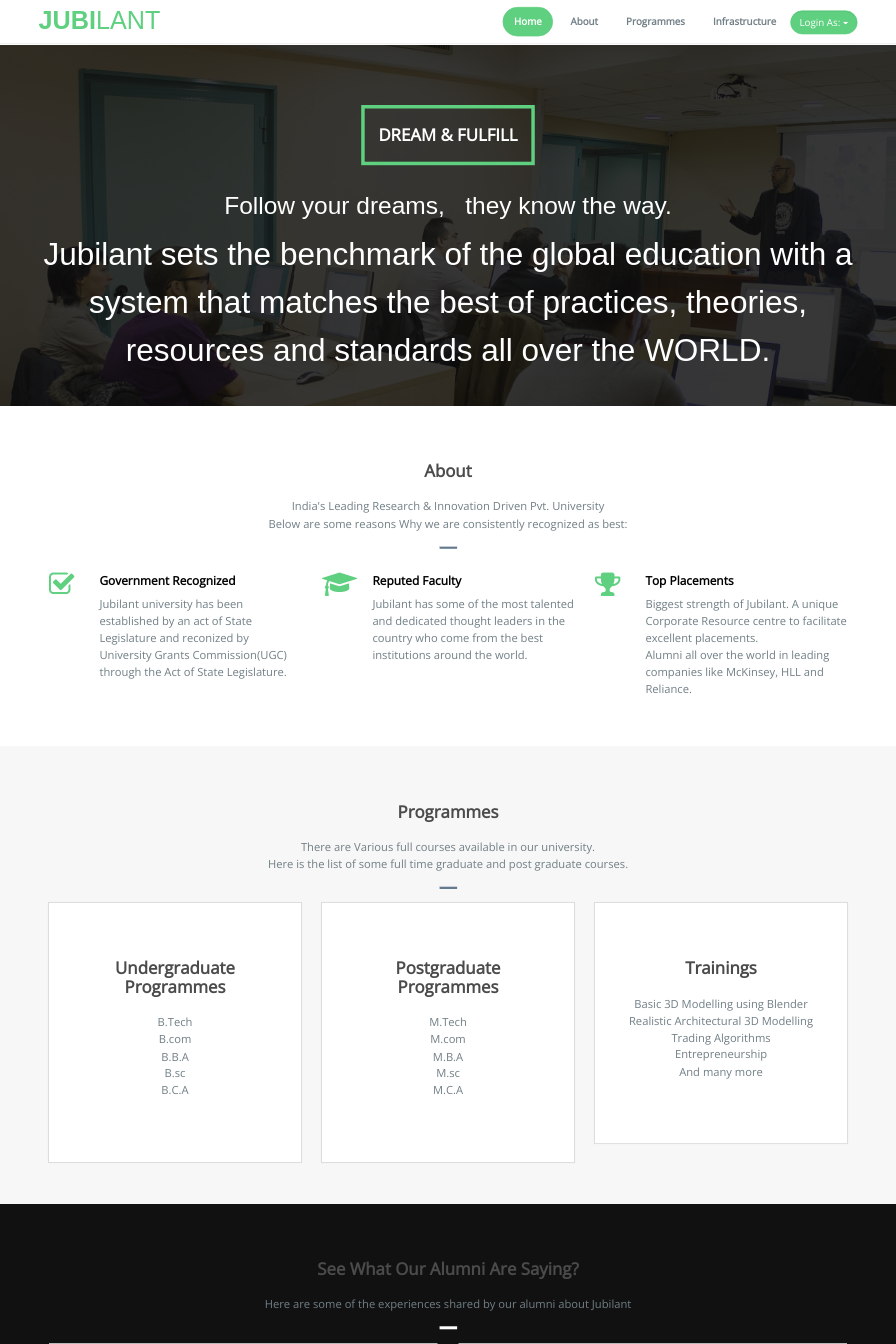
Repository: GauravC8/UMS
Page: http://localhost/login/WEB-INF/index.jsp
An editor plug-in stored every save of this project. The page is shown before and after the next save, followed by the edit.
The browser window is 1280 px wide. The pictures show the part of the page from y = 0 to 1920 px (the page is 3363 px tall), at 70% of full size.
Some web fonts or font styles are not loaded; a fallback is used. The page is served by Tomcat 9. Nobody is signed in. The template is opened directly, without the code that normally fills it, so the values that code supplies are empty.

Above is the page before, as saved 2019-04-08 10:55:20.

After the next save:
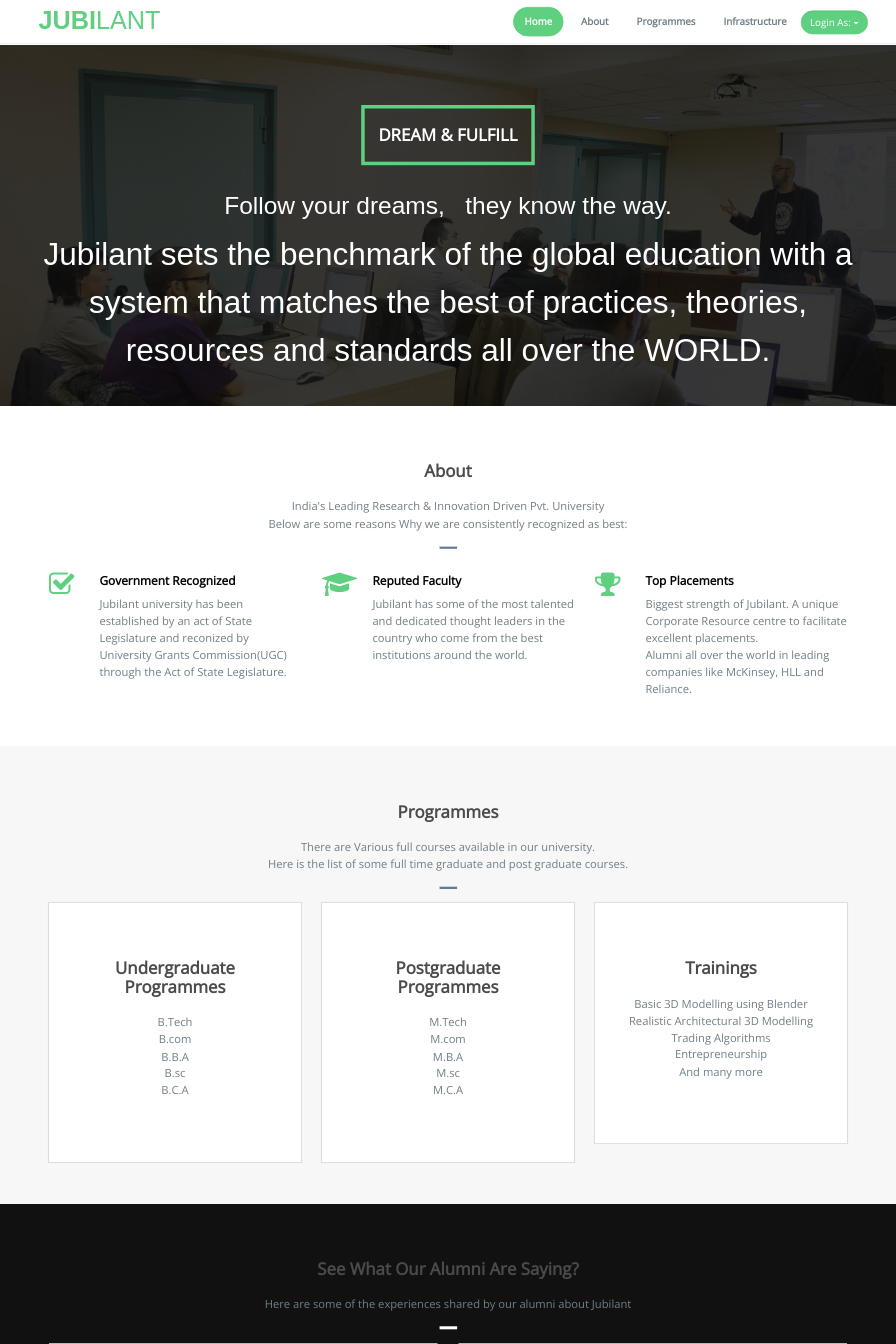
Saved 43 s later.
--- a/login/src/main/webapp/WEB-INF/index.jsp
+++ b/login/src/main/webapp/WEB-INF/index.jsp
@@ -38,7 +38,7 @@
 					<li><a href="#about">About</a></li>
 					<li><a href="#programmes">Programmes</a></li>
 					<li><a href="#infrasturcture">Infrastructure</a></li>
-					<li>
+					<li class="nav navbar-nav navbar-right">
 						<div class="dropdown">
 							<button class="btn btn-default dropdown-toggle form-control"
 								type="button" id="menu1" data-toggle="dropdown">

After the save that followed:
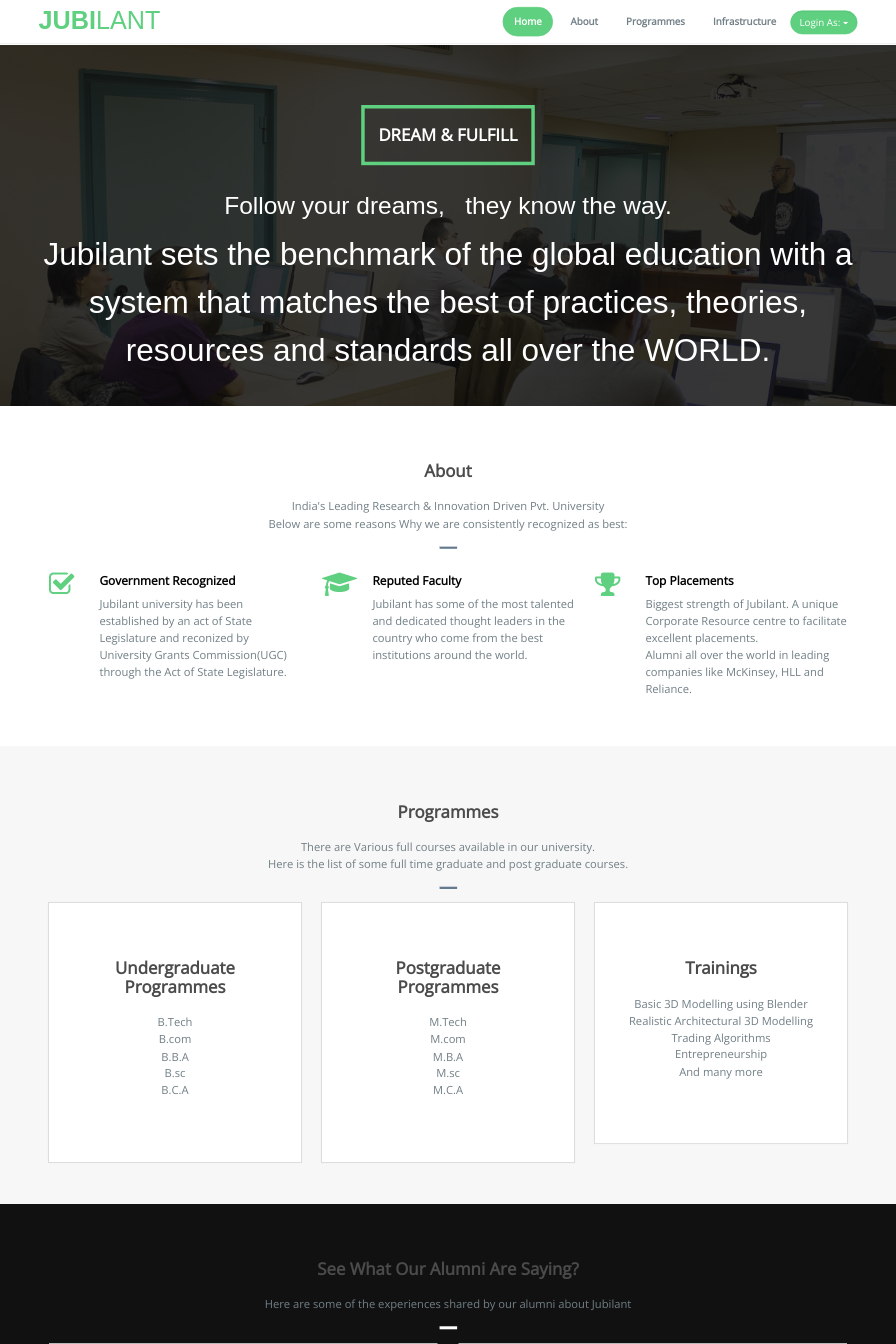
Saved 20 s later.
--- a/login/src/main/webapp/WEB-INF/index.jsp
+++ b/login/src/main/webapp/WEB-INF/index.jsp
@@ -38,7 +38,7 @@
 					<li><a href="#about">About</a></li>
 					<li><a href="#programmes">Programmes</a></li>
 					<li><a href="#infrasturcture">Infrastructure</a></li>
-					<li class="nav navbar-nav navbar-right">
+					<li>
 						<div class="dropdown">
 							<button class="btn btn-default dropdown-toggle form-control"
 								type="button" id="menu1" data-toggle="dropdown">
